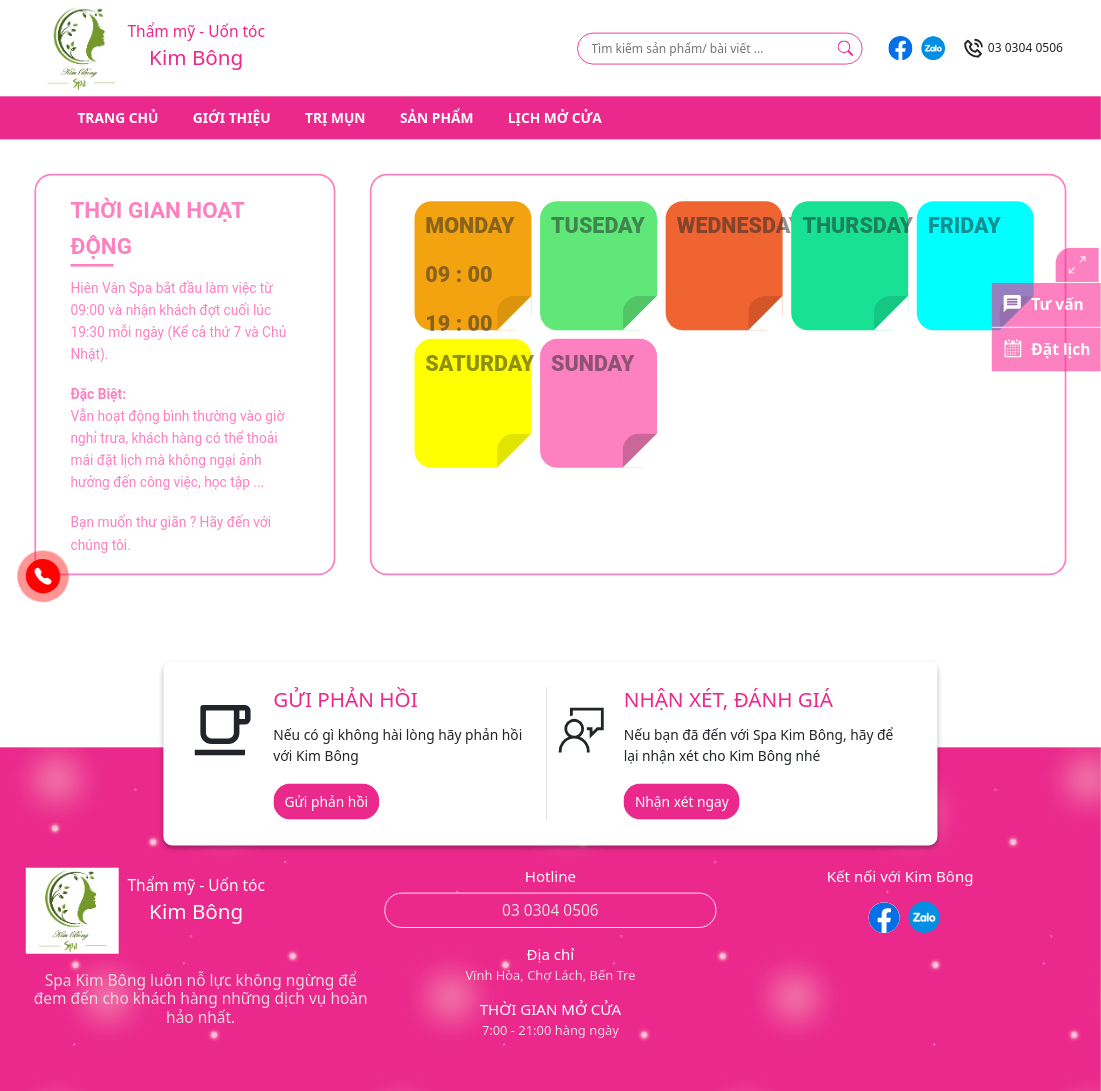
Repository: tranduykhuong/SpaKimBong
Page: /calendar
The author's editor kept a copy of each file at every save. The page is drawn from the files as they stood at one save, then again after the next save.
The browser window is 1280 px wide. The pictures show the whole page, at 86% of full size.
The project was rebuilt for these pictures with package versions that can differ from the ones it lists, and the page was loaded fresh each time. Also part of the build but not shown: src/components/Banner/banner.scss, src/components/Banner/Banner.js, src/pages/Home/home.scss, src/pages/Home/ListImage/listImage.scss, src/pages/Home/ListImage/ListImage.js, src/pages/Home/BookOnline/bookOnl.scss, src/pages/Home/BookOnline/Modal/ModalBook/modalbook.scss, src/pages/Home/BookOnline/Modal/ModalBook/modalbook.js and 24 more.

Above is the page before, as saved 2022-06-07 20:40:50.

After the next save:
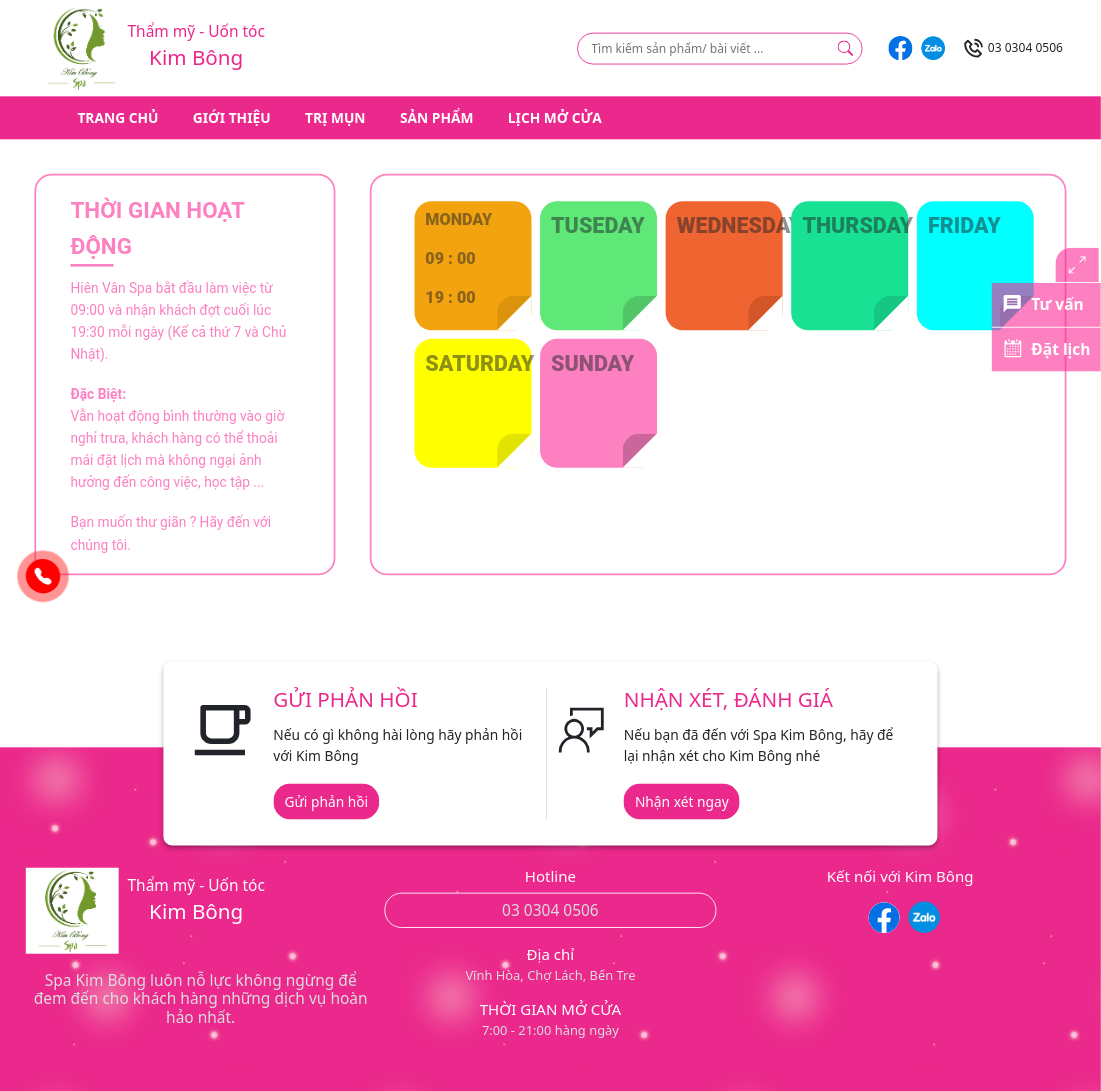
Saved 4 min 22 s later.
--- a/src/pages/Calendar/calendar.scss
+++ b/src/pages/Calendar/calendar.scss
@@ -81,6 +81,13 @@
           }
           .box1 {
             background-color: rgb(243, 163, 15);
+
+            p {
+              font: 30px "Roboto", sans-serif;
+              font-weight: 600;
+              opacity: 0.5;
+              padding-left: 1.3rem;
+            }
           }
           .box1:before {
             content: "";
